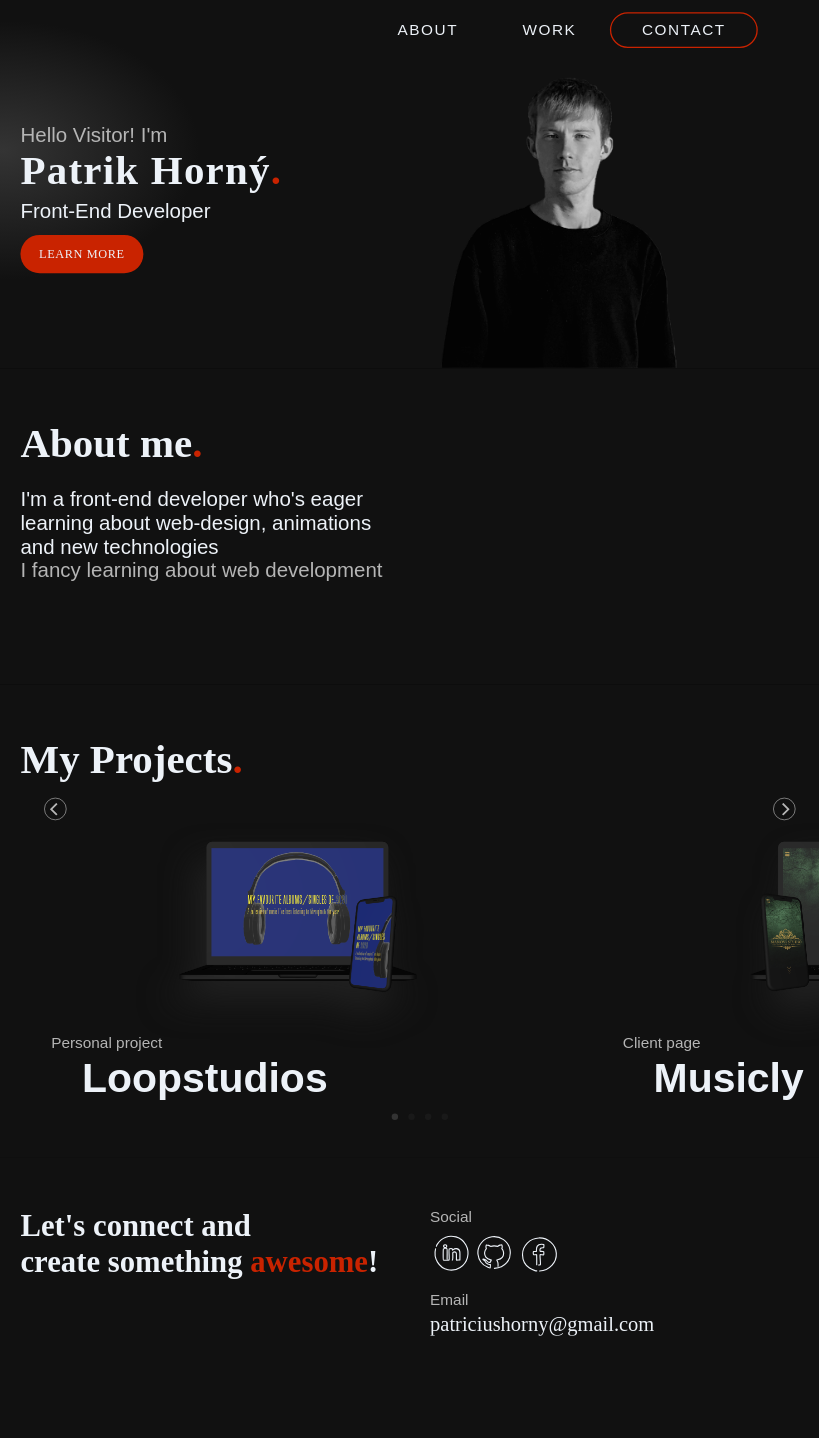
Repository: Spreceriany/portfolio
Page: index.html
These files come from the project's save history. The page is drawn as it stood at one moment and after the next save; the edit follows.
The browser window is 1280 px wide. The pictures show the whole page, at 64% of full size.
Some web fonts or font styles are not loaded; a fallback is used. The style sheet was rebuilt from its Sass, Less or Tailwind sources for each picture, by a compiler version that may differ from the author's.

Above is the page before, as saved 2021-03-11 15:28:15.

### index.html
<!DOCTYPE html>
<html lang="en">

<head>
    <meta charset="UTF-8">
    <meta http-equiv="X-UA-Compatible" content="IE=edge">
    <meta name="viewport" content="width=device-width, initial-scale=1.0">
    <title>Patrik Horny | Portfolio</title>
    <link rel="stylesheet" href="css/style.css">
    <link rel="preconnect" href="https://fonts.gstatic.com">
    <link href="https://fonts.googleapis.com/css2?family=Asul&family=Chivo:wght@900&display=swap" rel="stylesheet">
    <link rel="stylesheet" href="https://unpkg.com/flickity@2/dist/flickity.min.css">

</head>

<body>
    <header>
        <nav>
            <ul>
                <li><a href="#">About</a></li>
                <li><a href="#">Work</a></li>
                <li><a href="#">Contact</a></li>
            </ul>
            <div class="burger">
                <div class="line1"></div>
                <div class="line2"></div>
                <div class="line3"></div>
            </div>
        </nav>
    </header>

    <main>
        <section class="hero">
            <div class="hero__left-col">
                <p class="gray">Hello Visitor! I'm</p>
                <h1>Patrik Horný<span class="orange">.</span></h1>
                <p>Front-End Developer</p>
                <a href="#" class="btn">Learn more</a>

            </div>
            <div class="hero__right-col">
                <img src="./img/my_photo.png" alt="my-photo">

            </div>
        </section>

        <section class="about">
            <div class="about__left-col">
                <h2>About me<span class="orange">.</span></h2>
                <p>I'm a front-end developer who's eager learning about web-design, animations and new technologies
                </p>
                <p class="gray">I fancy learning about web development</p>
            </div>


        </section>

        <section class="work">
            <h2>My Projects<span class="orange">.</span></h2>
            <div class="carousel">

                <a class="work__item" href="https://musicly2020.netlify.app/">
                    <div class="block">
                        <img srcset="./img/musicly-mob/musicly-sm_aquzlh_c_scale,w_200.png 200w,
                        ./img/musicly-mob/musicly-sm_aquzlh_c_scale,w_662.png 611w,
                         ./img/musicly-lg.png  900w" src="./img/mobile/musicly-sm.png"  class="block-image" alt="musicly">

                        <small>Personal project</small>
                        <h3>Musicly 2020</h3>
                    </div>
                </a>

                <a class="work__item" href="https://manovistudio.dk/">
                    <div class="block">
                         <img srcset="./img/manovi-mob/manovistudio_euxpyv_c_scale,w_200.png 200w,
                         ./img/manovi-mob/manovistudio_euxpyv_c_scale,w_519.png 433w,
                         ./img/manovi-mob/manovistudio_euxpyv_c_scale,w_741.png 611w,
                         ./img/manovi-lg.png 900w"

                         src="./img/mobile/manovistudio.png" alt="manovistudio" class="block-image">
                         <small>Client page</small>
                         <h3>Manovistudio</h3>
                    </div>

                </a>

                <a class="work__item" href="https://wrappedgreen.netlify.app/">
                    <div class="block">
                          <img srcset="./img/wrapped-mob/wrapped-sm_lgvr6n_c_scale,w_200.png 200w,
                          ./img/wrapped-mob/wrapped-sm_lgvr6n_c_scale,w_583.png 433w,
                          ./img/wrapped-mob/wrapped-sm_lgvr6n_c_scale,w_848.png 644w,
                          ./img/wrapped-lg.png 900w"
                          src="./img/mobile/wrapped-sm.png" class="block-image" alt="wrappedgreen">
                          <small>Landing page</small>
                          <h3>Wrapped Green</h3>
                    </div>

                </a>



                <a class="work__item" href="https://loopstudiovr.netlify.app/">
                    <div class="block">
                        <img srcset="./img/loop-mob/loopstudios-sm_hzrmrv_c_scale,w_200.png 200w,
                        ./img/loop-mob/loopstudios-sm_hzrmrv_c_scale,w_433.png 433w,
                        ./img/loop-mob/loopstudios-sm_hzrmrv_c_scale,w_611.png 611w,
                        ./img/loop-lg.png 900w" src="./img/loop-mob/loopstudios-sm_hzrmrv_c_scale,w_200.png"
                    alt="loopstudios" class="block-image">
                        <small>Landing page</small>
                        <h3>Loopstudios</h3>

                    </div>

                </a>





            </div>

        </section>

        <section class="contact">
            <div class="contact__left-col">
                <h3>Let's connect and</h3>
                <h3>create something <span class="orange">awesome</span>! </h3>
            </div>

            <div class="contact__right-col">
                <small class="gray">Social
                </small>
                <ul>
                    <li><a href="https://www.linkedin.com/in/patrik-horn%C3%BD-42b797205/">
                            <?xml version="1.0" ?><svg height="256px" id="Layer_1" version="1.1" viewBox="0 0 256 256"
                                width="256px" xml:space="preserve" xmlns="http://www.w3.org/2000/svg"
                                xmlns:xlink="http://www.w3.org/1999/xlink">
                                <path class="st0"
                                    d="M34.367,105.308c-15.255,58.994,21.499,118.714,77.309,130.865c54.491,11.864,108.741-24.931,122.132-78.209  c13.576-54.011-18.103-112.414-72.055-127.246C77.289,8.035,39.505,84.527,39.501,88.37" />
                                <path class="st0"
                                    d="M106.662,168.972c-0.36-21.051,0.978-61.432-0.945-63.422  c-1.923-1.99-17.046-7.923-19.883-12.471c-2.838-4.548-2.011-13.662,8.126-13.674s11.419,8.666,8.78,14.31  c-2.64,5.644-17.584,9.811-19.288,12.105c-1.704,2.294-2.429,68.28,0,69.899c2.429,1.619,32.926,1.484,35.624-0.54  c2.699-2.024-3.374-67.47,0-69.09s17.407-1.889,19.162-1.079c1.754,0.81,0.675,7.692,1.889,8.366  c1.214,0.675,10.171-11.177,24.289-9.446c10.46,1.282,19.837,10.121,21.321,18.892s0.899,34.545,0.54,51.817  c-7.197,0.27-14.394,0.675-21.59,0.945c-0.27-14.574,1.08-33.6-0.81-43.586c-1.889-9.986-22.328-9.849-22.13,0  s1.619,43.586-2.699,43.451"
                                    id="linkedin" />
                            </svg>
                        </a></li>
                    <li><a href="https://github.com/Spreceriany">
                            <?xml version="1.0" ?><svg height="256px" id="Layer_2" version="1.1" viewBox="0 0 256 256"
                                width="256px" xml:space="preserve" xmlns="http://www.w3.org/2000/svg"
                                xmlns:xlink="http://www.w3.org/1999/xlink">
                                <path class="st0" d="M128.1,222.073" />
                                <path class="st0"
                                    d="M130.164,226.986c63.917-3.557,108.667-52.057,97.259-116.5c-9.288-52.47-60.722-87.613-112.739-80.577  C61.952,37.041,21.39,85.877,27.386,139.004c5.689,47.857,35.128,70.23,59.685,80.335c5.717,2.353,13.401,5.785,15.997,5.229  c2.596-0.556,1.763-14.95,1.763-21.889c-16,2.459-21.475-3.841-24.875-7.563c-3.857-4.222-6.125-8.563-10.063-14.938  s-11.063-4.875-11.813-8.563s15-2.688,26.313,11.25c8.188,10.146,16.928,7.089,21.625,4.188c0.154-1.612,0.526-3.775,1.438-6.188  c0.967-2.557,3.625-4.104,3.208-5.854c-0.417-1.75-21.804-0.577-34-17.667c-8.809-12.344-9.129-26.955-5.667-37.833  c2.322-7.297,6.196-12.443,8.833-15.417c-1.011-2.162-2.513-6.109-2.583-11.25c-0.076-5.549,1.554-9.796,2.583-12  c3.492,0.104,8.54,0.644,14.25,2.667c5.469,1.937,9.593,4.542,12.333,6.583c4.975-1.671,12.218-3.489,21.083-3.667  c10.135-0.203,18.344,1.819,23.667,3.583c2.616-2.336,6.987-5.648,13.167-7.917c4.489-1.648,8.518-2.229,11.5-2.417  c1.143,2.165,3.075,6.519,3.167,12.332c0.085,5.351-1.426,9.47-2.416,11.664c2.867,3.459,7.394,9.875,9.502,18.995  c0.751,3.249,4.857,20.981-6.996,36.24c-12.408,15.974-33.06,13.524-33.992,15.73c-0.932,2.206,3.964,6.297,6.266,14.877  c2.302,8.58,1.327,24.979,1.327,24.979" />
                            </svg>
                        </a></li>

                    <li><a href="https://www.facebook.com/profile.php?id=100007154296012">
                            <?xml version="1.0" ?><svg height="256px" id="Layer_1" version="1.1" viewBox="0 0 256 256"
                                width="256px" xml:space="preserve" xmlns="http://www.w3.org/2000/svg"
                                xmlns:xlink="http://www.w3.org/1999/xlink">
                                <g>
                                    <path class="st0"
                                        d="M118.489,204.01c0.668-30.724-0.583-59.627-0.514-61.433c0.099-2.572-16.945,1.061-19.046-1.053   c-2.101-2.114-3.309-18.205-0.521-19.591s15.355,1.129,18.007-0.526c2.652-1.655-11.513-55.269,46.601-43.421   c1.589,0.795-0.132,18.732-1.059,20.122c-0.927,1.39-12.708-1.787-19.062,3.177c-6.354,4.964-3.707,18.664-2.383,19.591   c1.324,0.927,20.188,0.198,21.445,1.589s1.456,18.798,0,20.122c-1.456,1.324-20.819-2.41-22.769-1.058   c-1.606,1.113,4.224,60.038,2.558,62.373c-1.666,2.335-7.731,2.133-11.56,2.226" />
                                    <path class="st0"
                                        d="M136.577,243.358c60.912-1.648,108.145-53.478,104.395-110.472c-3.662-55.647-54.02-97.612-108.923-95.753   C76.39,39.017,29.02,85.605,29.68,141.555c1.549,87.443,85.505,102.61,89.2,101.551" />
                                </g>
                            </svg>
                        </a></li>
                </ul>
                <small class="gray">Email</small>
                <a href="mailto:patriciushorny@gmail.com">patriciushorny@gmail.com</a>
            </div>

        </section>
    </main>

    <script src="https://unpkg.com/flickity@2/dist/flickity.pkgd.min.js"></script>

    <script src="js/script.js"></script>

</body>

</html>

### css/style.scss
@import "button/button";
@import "colors/colors";
@import "./mixin/mixin";
@import "./components/header";
@import "./components/hero";
@import "./components/about";
@import "./components/work";
@import "./components/contact";

body {
  font-family: "Asul", "Chivo", sans-serif;
  margin: auto;
  max-width: 1920px;
  overflow-x: hidden;
  background: radial-gradient(
    59.93% 44.1% at -11.63% 36.77%,
    #343434 0%,
    #111111 100%
  );
}

* {
  box-sizing: border-box;
  margin: 0;
  padding: 0;
  -webkit-font-smoothing: antialiased;
  -moz-osx-font-smoothing: grayscale;
}




main {
  margin: 0 auto;
  background-color: black;
}







.carousel{
  width:100%;
  height:50vh;
  @media(min-width:1212px){
    height: 70vh;
  }

}




.flickity-viewport{
  height: 100% !important;
}



.flickity-prev-next-button{
  top: 8% !important;
  width: 27px !important;
  height: 27px !important;
  border-radius: 50% !important;
  transform: translateY(-50%);
  margin: 0 1em;

  @media(min-width:556px){
    margin:0 2em;
    width: 35px !important;;
    height: 35px !important;
  }
}

.flickity-button {
  position: absolute;
  background: transparent !important;
  border: 1px solid $gray !important;
  color: $gray !important;
}

.flickity-button-icon:focus-within, .flickity-button-icon:hover{
  color: $orange;
}

.block:hover .block-image{
  opacity: .5;

}

.block:hover::before{
  content: 'See project';
  position: absolute;
  width: 14%;
  height: 2%;
  top: 38%;
  color: #edf2f8;
  border: 1px solid #edf2f8;
  left: 0;
  z-index: 10;
  padding: 1em .6em;
  text-align: center;
  left: 41%;
}

### css/button/button.scss
@import "/css/colors/colors";
@import "/css/mixin/mixin";

.btn {
    background-color: $orange;
    padding: 1em 0.7em;
    color: $white-ish;
    border-radius: 9999px;
    width: 10em;
    flex-shrink: 0;
    text-align: center;
    text-decoration: none;
    text-transform: uppercase;
    font-family: "Chivo";
    letter-spacing: 0.05em;
    margin: 1em 0;
    @include clamping(.8rem,3vw ,1.2rem );
    &:hover {
      background-color: transparent;
    }
    @media(min-width:556px){

      padding: 1em .5em;

    }
  }

### css/colors/_colors.scss
$white-ish: #edf2f8;
$orange: rgb(201, 35, 0);
$gray: #b5b5b5;
$black: #111111;

.orange {
    color: $orange;
  }

.gray {
color: $gray;
}

### css/mixin/_mixin.scss
@mixin clamping($min, $mid, $max) {
  font-size: clamp($min, $mid, $max);
}

@mixin grid($breakpoint) {
  display: grid;
  grid-template-columns: 1fr;
  @media (min-width: $breakpoint) {
    grid-template-columns: 1fr 1fr;
  }
}

### css/components/_header.scss
@import "../colors/colors";
@import "../mixin/mixin";

header {
    max-width: 1440px;
    margin: 0 auto;
    min-height: 13vh;
    position: absolute;
    top: 0;
    left: 0;
    right: 0;
    display: flex;
    justify-content: flex-end;
    z-index: 2;
    nav {
      min-height: 10vh;
      display: flex;
      align-items: center;
      top: 0;
      right: 0;

      .burger {
        cursor: pointer;
        margin-right: 2em;
        @media (min-width: 996px) {
          display: none;
        }
        div {
          background-color: $orange;
          margin: 0.3em;
          transition: transform 500ms ease, opacity 500ms ease, width 500ms ease;
          &:nth-child(1) {
            width: 1.5em;
            height: 0.2em;
          }
          &:nth-child(2) {
            width: 1em;
            height: 0.2em;
          }

          &:nth-child(3) {
            width: 0.6em;
            height: 0.2em;
          }
        }
      }

      ul {
        margin-left: auto;
        display: none;
        @media (min-width: 992px) {
          display: block;
        }

        li {
          display: inline-block;
          padding: 0.5em 2em;
          font-size: 1.5rem;
          text-transform: uppercase;
          cursor: pointer;

          &:last-of-type {
            border: 2px solid $orange;
            border-radius: 9999px;
            background-image: linear-gradient($orange, $orange);
            background-position: 50% 50%;
            background-repeat: no-repeat;
            background-size: 0% 100%;
            transition: background-size 0.3s;
            margin-right: 4em;
            &:hover {
              background-size: 100% 100%;
            }
          }

          &:not(:last-child) a:hover {
            color: $orange;
          }
          a {
            width: 100%;
            text-decoration: none;
            color: $white-ish;
            letter-spacing: 0.1em;
            transition: color 0.3s ease-out;
          }
        }
      }
    }
  }

### css/components/_hero.scss
@import "../colors/colors";
@import "../mixin/mixin";

.hero {
    width: 100%;

    margin: 0 auto;
    min-height: 80vh;
    @media(min-width:556px){
      max-height: 100vh;
    }
    background: radial-gradient(
      59.93% 44.1% at -11.63% 36.77%,
      #343434 0%,
      #111111 100%
    );
    @media(min-width:556px){
      background: radial-gradient(23.93% 35.1% at 0.37% 40.77%, #343434 0%, #111111 100%);
    }
    align-items: center;
    color: $white-ish;
    position: relative;
    @include grid(556px);

    &__left-col {
      display: flex;
      flex-direction: column;
      padding-left: 2em;
      padding-top: 4em;
      ul {
        list-style-type: none;
        li {
          display: inline-flex;
          width: 2em;
          img {
            width: 100%;
          }
        }
      }

      p {
        @include clamping(1rem, 3vw, 2rem);
      }

      h1 {
        @include clamping(2rem, 5vw, 6rem);
        margin-bottom: 0.1em;
        letter-spacing: 0.03em;
        font-family: "Chivo";
      }
    }

    &__right-col {
      position: relative;

      display: flex;
      flex-direction: column;
      align-items: flex-end;
      width: 100%;
      height: 100%;
      &::after {
        content: "";
        position: absolute;
        width: 100%;
        height: 100%;
        bottom: 0;
        left: 0;
        box-shadow: inset 0 -10px 10px -10px #000000;
        @media(min-width:556px){
          box-shadow: none;
        }
      }
      img {
        position: absolute;
        width: 70%;
        right: 0;
        bottom: 0;
        @media(min-width:556px){
          max-width: 90%;
          object-fit: contain;
          height: 80%;
          left:0;
          right: auto;
        }
      }
    }
  }

### css/components/_about.scss
@import "../colors/colors";
@import "../mixin/mixin";


.about {
    width: 100%;
    padding: 5em 0 10em 0;
    background-color: #111111;
    color: $white-ish;
    display: grid;

    @include grid(556px);
    &__left-col {
      padding: 0 2em;
      h2 {
        font-family: "Chivo";
        @include clamping(2rem, 5vw, 6rem);
        margin-bottom: 0.5em;
      }
      p{
        @include clamping(1.2rem, 3vw, 2rem);
      }
    }


  }

### css/components/_carousel.scss
@import "../colors/colors";
@import "../mixin/mixin";

Loaded but not shown: js/script.js (11 lines, source omitted); css/components/_work.scss (109 lines, source omitted); css/components/_contact.scss (100 lines, source omitted)

After the next save:
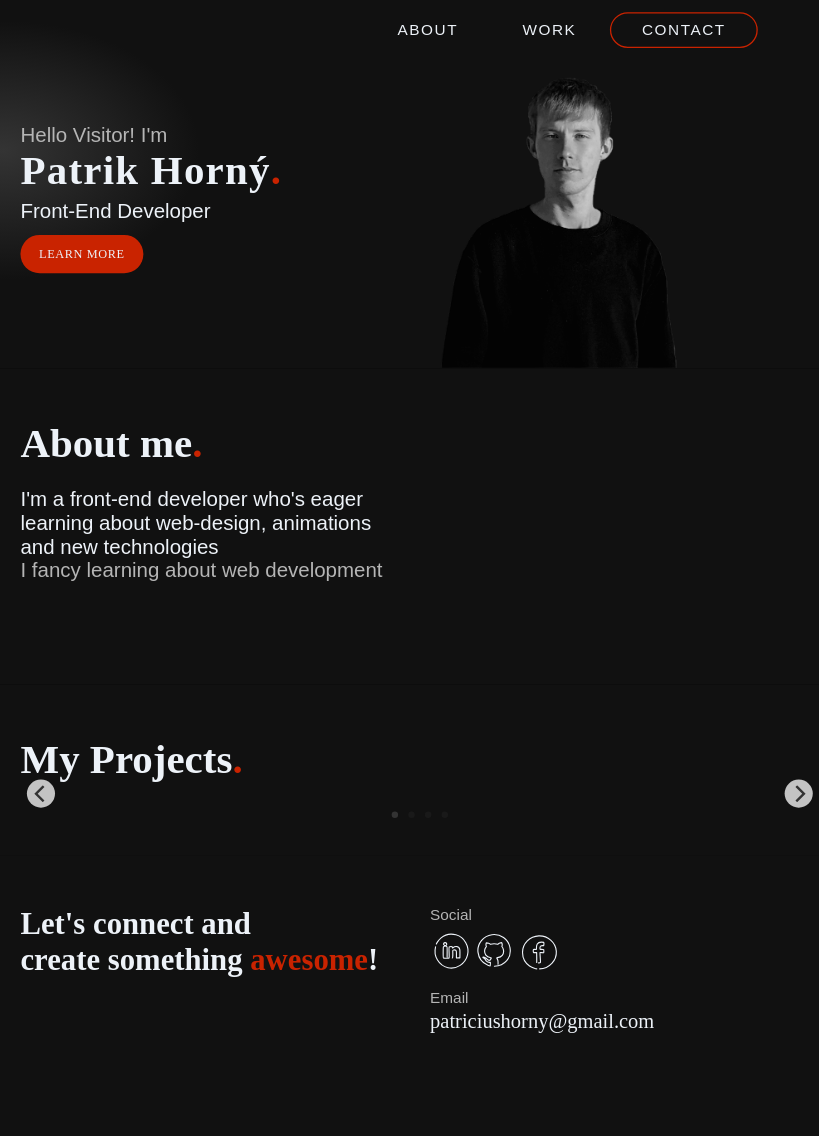
Saved 20 s later.
--- a/css/style.scss
+++ b/css/style.scss
@@ -34,73 +34,3 @@ main {
   margin: 0 auto;
   background-color: black;
 }
-
-
-
-
-
-
-
-.carousel{
-  width:100%;
-  height:50vh;
-  @media(min-width:1212px){
-    height: 70vh;
-  }
-
-}
-
-
-
-
-.flickity-viewport{
-  height: 100% !important;
-}
-
-
-
-.flickity-prev-next-button{
-  top: 8% !important;
-  width: 27px !important;
-  height: 27px !important;
-  border-radius: 50% !important;
-  transform: translateY(-50%);
-  margin: 0 1em;
-
-  @media(min-width:556px){
-    margin:0 2em;
-    width: 35px !important;;
-    height: 35px !important;
-  }
-}
-
-.flickity-button {
-  position: absolute;
-  background: transparent !important;
-  border: 1px solid $gray !important;
-  color: $gray !important;
-}
-
-.flickity-button-icon:focus-within, .flickity-button-icon:hover{
-  color: $orange;
-}
-
-.block:hover .block-image{
-  opacity: .5;
-
-}
-
-.block:hover::before{
-  content: 'See project';
-  position: absolute;
-  width: 14%;
-  height: 2%;
-  top: 38%;
-  color: #edf2f8;
-  border: 1px solid #edf2f8;
-  left: 0;
-  z-index: 10;
-  padding: 1em .6em;
-  text-align: center;
-  left: 41%;
-}

After the 2 saves that followed:
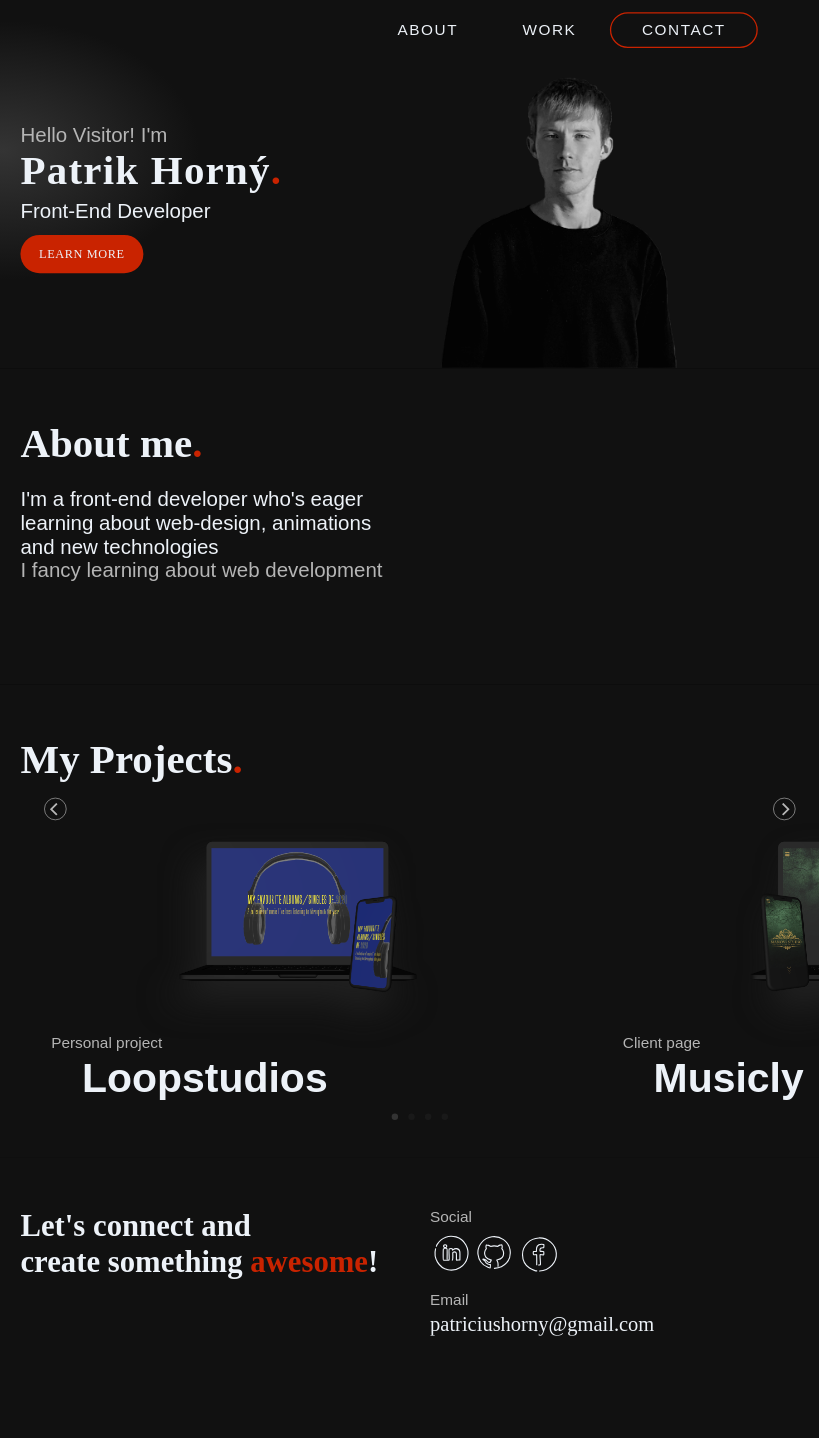
The 2 saves are shown as one change because 1 left the picture as it was.
The last was saved 12 s later.
--- a/css/style.scss
+++ b/css/style.scss
@@ -6,6 +6,7 @@
 @import "./components/about";
 @import "./components/work";
 @import "./components/contact";
+@import "./components/carousel";
 
 body {
   font-family: "Asul", "Chivo", sans-serif;
--- a/css/components/_carousel.scss
+++ b/css/components/_carousel.scss
@@ -1,2 +1,61 @@
 @import "../colors/colors";
 @import "../mixin/mixin";
+
+.carousel{
+    width:100%;
+    height:50vh;
+    @media(min-width:1212px){
+      height: 70vh;
+    }
+
+  }
+
+  .flickity-viewport{
+    height: 100% !important;
+  }
+
+  .flickity-prev-next-button{
+    top: 8% !important;
+    width: 27px !important;
+    height: 27px !important;
+    border-radius: 50% !important;
+    transform: translateY(-50%);
+    margin: 0 1em;
+
+    @media(min-width:556px){
+      margin:0 2em;
+      width: 35px !important;;
+      height: 35px !important;
+    }
+  }
+
+  .flickity-button {
+    position: absolute;
+    background: transparent !important;
+    border: 1px solid $gray !important;
+    color: $gray !important;
+  }
+
+  .flickity-button-icon:focus-within, .flickity-button-icon:hover{
+    color: $orange;
+  }
+
+  .block:hover .block-image{
+    opacity: .5;
+
+  }
+
+  .block:hover::before{
+    content: 'See project';
+    position: absolute;
+    width: 14%;
+    height: 2%;
+    top: 38%;
+    color: #edf2f8;
+    border: 1px solid #edf2f8;
+    left: 0;
+    z-index: 10;
+    padding: 1em .6em;
+    text-align: center;
+    left: 41%;
+  }
